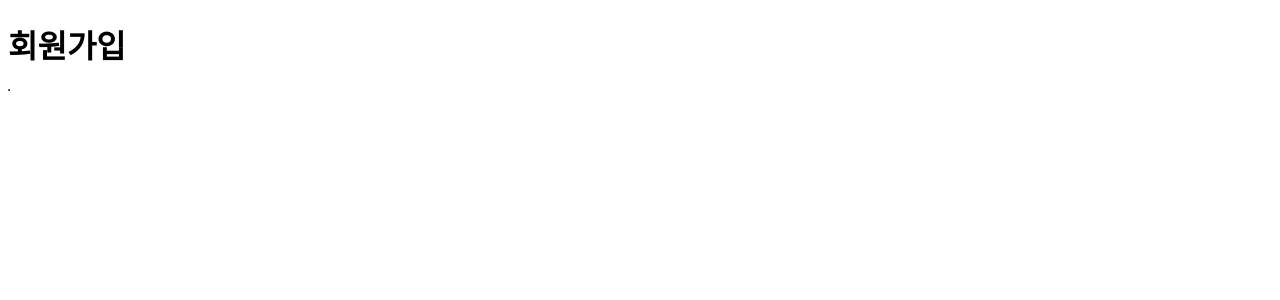
Repository: leedh909/Academy-web-
Page: http://localhost/Jsp04_LoginBoard/registform.jsp
The author's editor kept a copy of each file at every save. The page is drawn from the files as they stood at one save, then again after the next save.
The browser window is 1280 px wide. The pictures show the whole page.
The page is served by Tomcat 9. Other server files are loaded and not shown.

Above is the page before, as saved 2020-07-02 04:42:31.

### 실습자료/eclipse-servlet/Jsp04_LoginBoard/WebContent/registform.jsp
<%@ page language="java" contentType="text/html; charset=UTF-8"
    pageEncoding="UTF-8"%>

<% request.setCharacterEncoding("UTF-8");%>
<% response.setContentType("text/html; charset=UTF-8"); %>


<!DOCTYPE html>
<html>
<head>
<meta charset="UTF-8">
<title>Insert title here</title>
</head>
<body>
	<h1>회원가입</h1>
	<form action="logincontroller.jsp" method="post">
		<input type="hidden" name="command" value="insertuser">
		<table border="1">



		</table>
	</form>

</body>
</html>

After the next save:
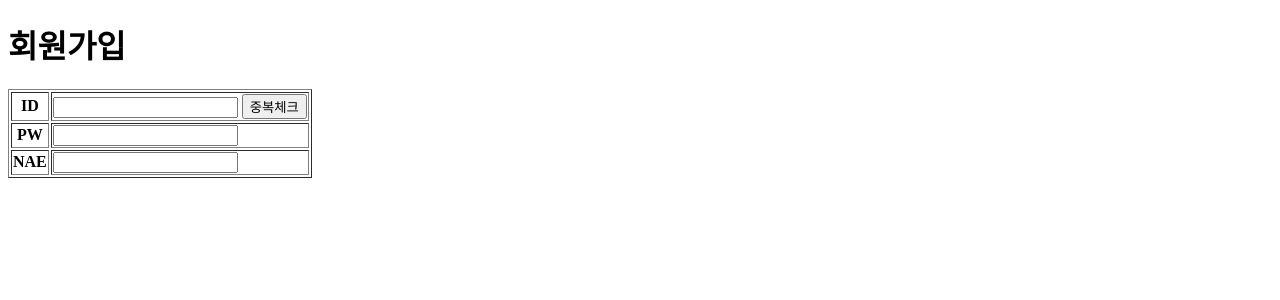
Saved 4 min 59 s later.
--- a/실습자료/eclipse-servlet/Jsp04_LoginBoard/WebContent/registform.jsp
+++ b/실습자료/eclipse-servlet/Jsp04_LoginBoard/WebContent/registform.jsp
@@ -16,8 +16,21 @@
 	<form action="logincontroller.jsp" method="post">
 		<input type="hidden" name="command" value="insertuser">
 		<table border="1">
-
-
+			<tr>
+				<th>ID</th>
+				<td>
+					<input type="text" name="myid" title="n" required="required">
+					<input type="button" value="중복체크" onclick="idChk();">
+				</td>
+			</tr>
+			<tr>
+				<th>PW</th>
+				<td><input type="text" name="mypw" onclick="idChkConfirm();" required="required"></td>
+			</tr>
+			<tr>
+				<th>NAE</th>
+				<td><input type="text" name="mypw" onclick="idChkConfirm();" required="required"></td>
+			</tr>
 
 		</table>
 	</form>
